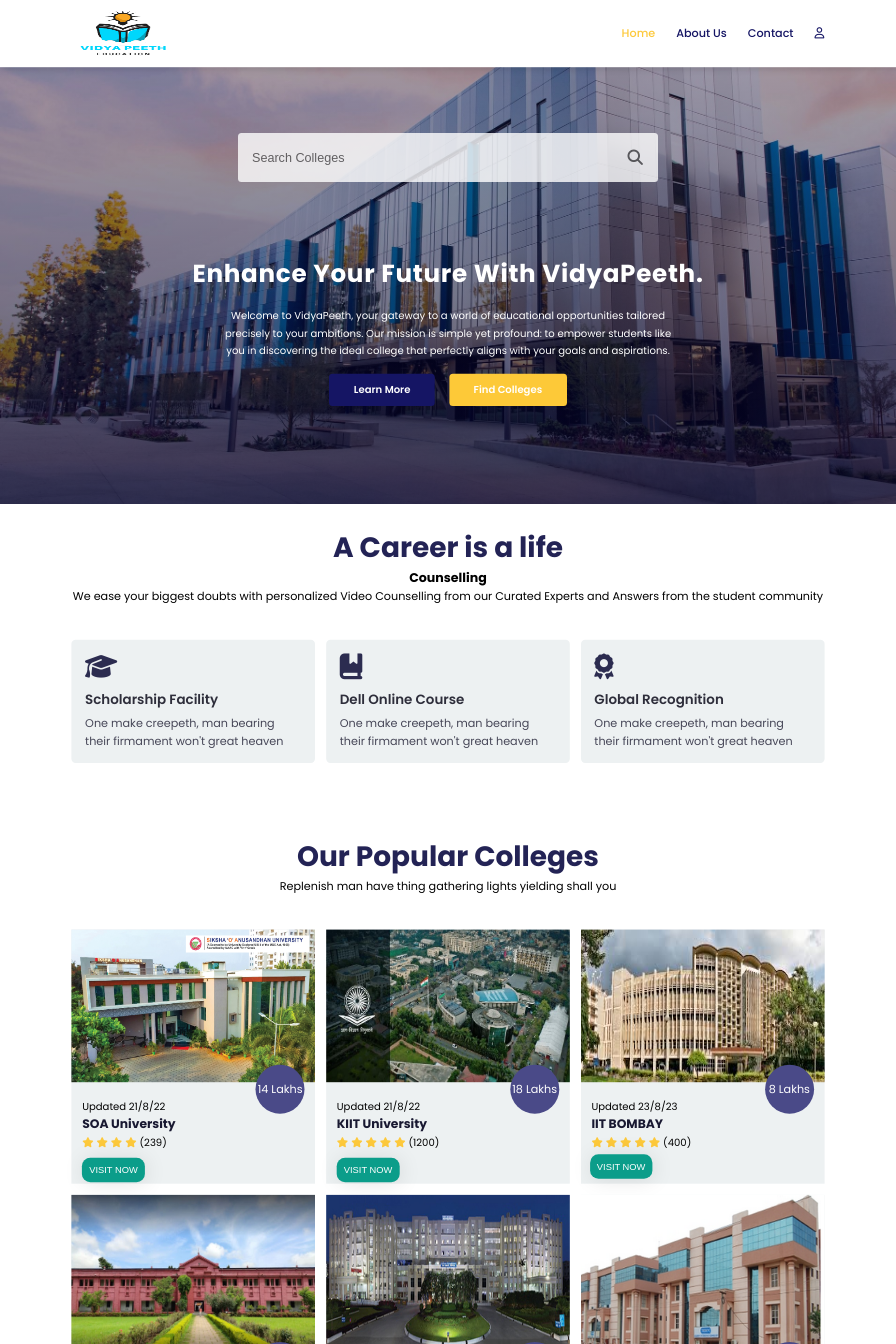
Repository: NamanSahu09/VidyaPreet-Ed-Tech-Website
Page: index.html
The author's editor kept a copy of each file at every save. The page is drawn from the files as they stood at one save, then again after the next save.
The browser window is 1280 px wide. The pictures show the part of the page from y = 0 to 1920 px (the page is 3953 px tall), at 70% of full size.
Some web libraries are served in a nearby version.

Above is the page before, as saved 2024-04-15 01:35:23.

After the next save:
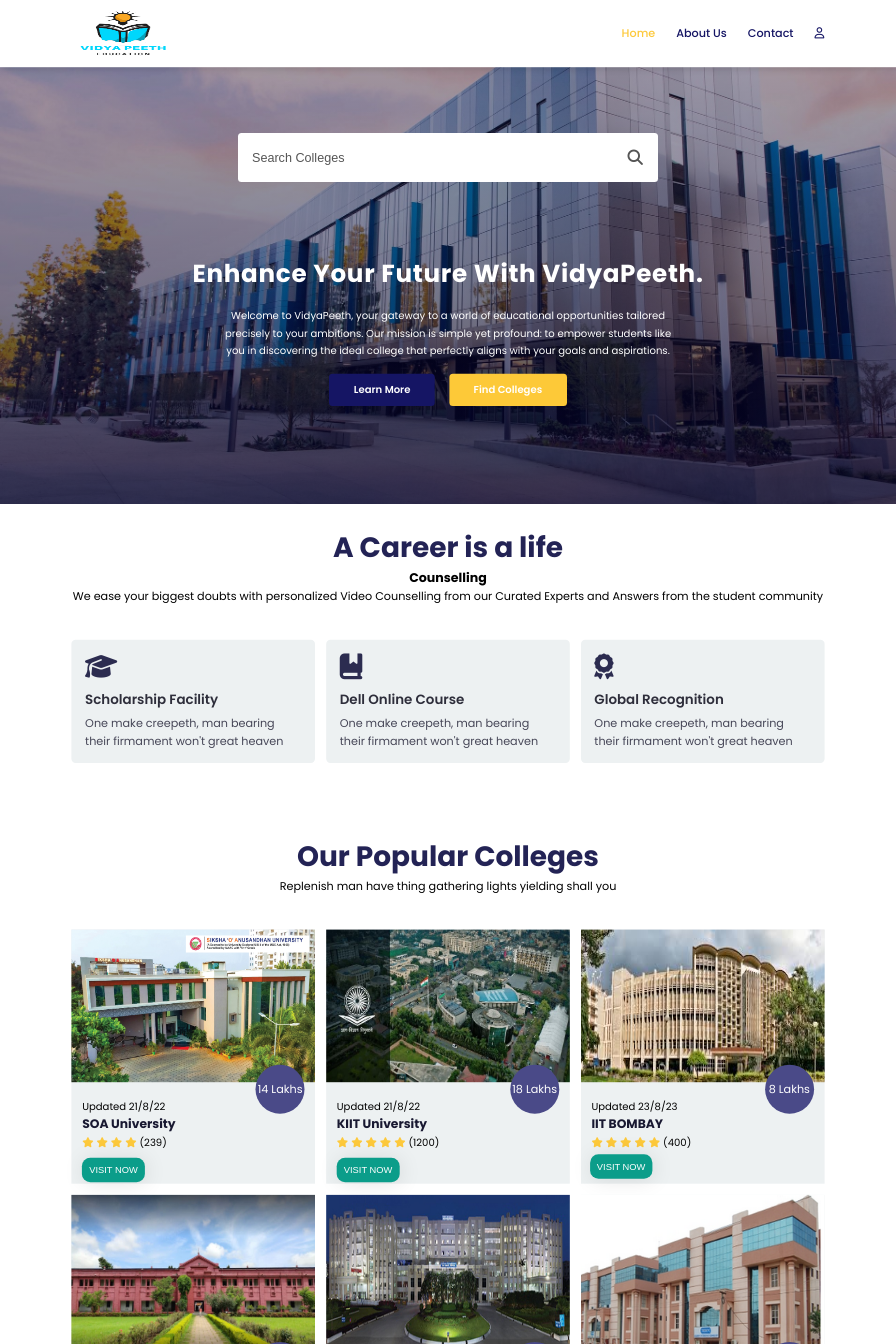
Saved 39 s later.
--- a/style.css
+++ b/style.css
@@ -322,8 +322,8 @@
 	background: #fff;
 	margin: 150px auto auto;
 	border-radius: 5px;
-	opacity: 0.8;
-	filter: alpha(opacity=80);
+	/* opacity: 0.8;
+	filter: alpha(opacity=80); */
 }
 #home .row
 {
